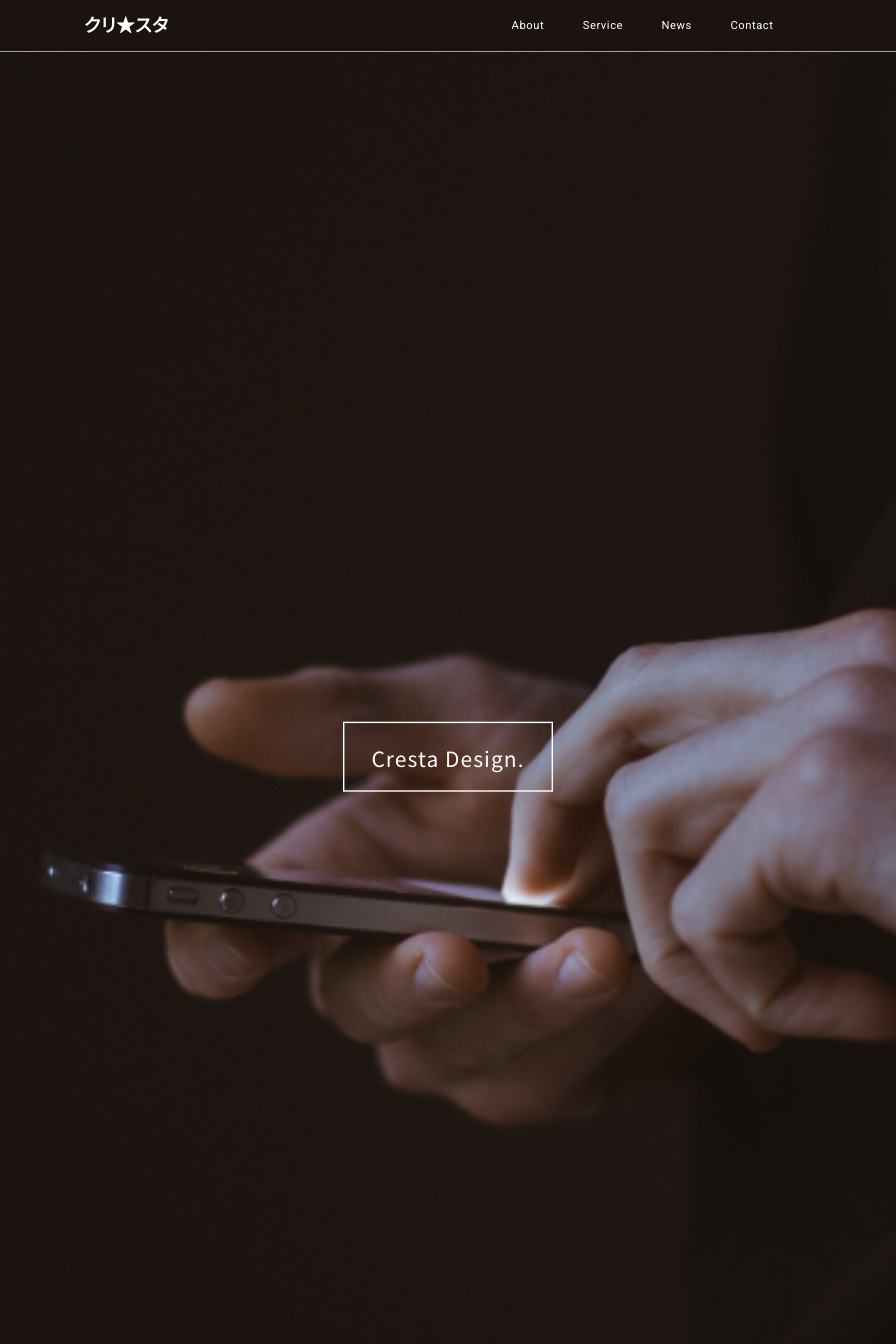
Repository: hatarakimono-kumasan/kurisuta_1st
Page: index.html
An editor plug-in stored every save of this project. The page is shown before and after the next save, followed by the edit.
The browser window is 1280 px wide. The pictures show the part of the page from y = 0 to 1920 px (the page is 5129 px tall), at 70% of full size.
Some web libraries are served in a nearby version. The style sheet was rebuilt from its Sass, Less or Tailwind sources for each picture, by a compiler version that may differ from the author's.

Above is the page before, as saved 2020-05-15 11:00:14.

### index.html
<!DOCTYPE html>
<html lang="en">
	<head>
		<meta charset="UTF-8" />
		<meta name="viewport" content="width=device-width, initial-scale=1.0" />
		<meta http-equiv="X-UA-Compatible" content="ie=edge" />
		<title>Cresta.design</title>
		<meta name="keywords" content="カンマ区切りで10個以内推奨" />
		<meta name="description" content="120文字以内" />
		<meta property="og:title" content="このページのタイトル" />
		<meta property="og:type" content="TOPページはwebsite、子ページはarticle" />
		<meta property="og:url" content="このページのURL" />
		<meta property="og:image" content="1200×630以上推奨、絶対パスで指定" />
		<meta property="og:site_name" content="サイト名" />
		<meta property="og:description" content="80〜90文字推奨" />
		<meta name="twitter:card" content="summary or summary_large_image" />
		<meta name="twitter:site" content="@ユーザー名" />
		<meta name="format-detection" content="telephone=no" />
		<!-- <link rel="shortcut icon" sizes="16x16" href="ファビコン" />
		<link rel="apple-touch-icon" sizes="192x192" href="タッチアイコン" />
		<link rel="shortcut icon" sizes="192x192" href="タッチアイコン" /> -->
		<meta name="last-modified" content="Sun, 29 Dec 2019 20:30:30 GMT" />
		<link
			href="https://use.fontawesome.com/releases/v5.6.1/css/all.css"
			rel="stylesheet"
		/>
		<link rel="stylesheet" href="style.css" />
		<script
			src="https://code.jquery.com/jquery-3.4.1.min.js"
			integrity="sha256-CSXorXvZcTkaix6Yvo6HppcZGetbYMGWSFlBw8HfCJo="
			crossorigin="anonymous"
		></script>
	</head>
	<body>
		<!-- header -->
		<header class="header">
			<h1 class="site-title"><a href="./">クリ★スタ</a></h1>
			<div class="nav-wrapper">
				<nav class="header-nav">
					<ul class="nav-list">
						<li class="nav-item"><a href="#about">About</a></li>
						<li class="nav-item"><a href="#service">Service</a></li>
						<li class="nav-item"><a href="#news">News</a></li>
						<li class="nav-item"><a href="#contact">Contact</a></li>
					</ul>
				</nav>
			</div>
			<button class="burger-btn">
				<span class="bars">
					<span class="bar bar_top"></span>
					<span class="bar bar_mid"></span>
					<span class="bar bar_bottom"></span>
				</span>
			</button>
		</header>
		<!-- //header -->

		<!--first view-->
		<div class="first_view">
			<img src="img/fv-bgi_sp@2x.jpg" alt="サイトイメージ" />
			<p>Cresta Design.</p>
		</div>
		<!--//first view-->

		<main>
			<!--about-->
			<section class="about" id="about">
				<h2>About</h2>
				<h3>
					ミニマルで<br />
					洗練されたデザインを。
				</h3>
				<p>
					近年、ミニマルなデザインが流行しています。そこで弊社では、クライアント企業様新規サービス等の課題に対してミニマルで洗練されたデザインを実現させることで解決のサポートを致します。もちろん全てのサービスにおいてミニマルなデザインが課題解決になるわけではないので、課題や今後のサービスの展開等しっかりとヒアリングを行なった上でご提案させて頂きます。
				</p>
			</section>
			<!--//about-->

			<!--service-->
			<section class="service" id="service">
				<h2>Service</h2>
				<h3>リリース時のサポートで サービスのブランディングを</h3>
				<p>
					弊社では、リリース時もサポートさせて頂きます。プレスリリース用のサイトや動画制作を通して、サービスのブランディングを行わせて頂きます。
				</p>
				<img src="/img/service-image@2x.jpg" alt="サービス" />
				<h3>リリース後のサポートで 効果を最大化させる</h3>
				<p>
					弊社では、リリース後もサポートさせて頂きます。サービスはリリース後に様々な課題にぶつかります。そこでクライアント様と一緒に改善を行うことで、デザインの効果を最大化させます。
				</p>
				<img src="/img/service-image02@2x.jpg" alt="サービス" />
			</section>
			<!--//service-->

			<!--news-->
			<section class="news" id="news">
				<h2>News</h2>
				<div class="news_card_wrapper">
					<div class="news_card">
						<img
							class="card-img"
							src="img/card-image1@2x.jpg"
							alt="newsイメージ"
						/>
						<div class="card-content">
							<p class="card-text">
								新規サイトを公開しました。今回のサイトは白と黒を基調にしたミニマルなデザインになっています。
							</p>
						</div>
						<!--//card-content-->
					</div>
					<!--//news_card-->
					<div class="news_card">
						<img
							class="card-img"
							src="img/card-image2@2x.jpg"
							alt="newsイメージ"
						/>
						<div class="card-content">
							<p class="card-text">
								新規サイトを公開しました。今回のサイトは白と黒を基調にしたミニマルなデザインになっています。
							</p>
						</div>
						<!--//card-content-->
					</div>
					<!--//news_card-->
					<div class="news_card">
						<img
							class="card-img"
							src="img/card-image3@2x.jpg"
							alt="newsイメージ"
						/>
						<div class="card-content">
							<p class="card-text">
								新規サイトを公開しました。今回のサイトは白と黒を基調にしたミニマルなデザインになっています。
							</p>
						</div>
						<!--//card-content-->
					</div>
					<!--//news_card-->
				</div>
				<!--//news_card_wrapper-->
			</section>
			<!--//news-->

			<!--contact-->
			<section class="contact" id="contact">
				<h2>お問い合わせ</h2>
			</section>
			<!--//contact-->
		</main>
		<script src="drawer.js"></script>
	</body>
</html>

### drawer.js
$(".burger-btn").on("click", function () {
	//.btn_triggerをクリックすると
	$(".burger-btn").toggleClass("close"); //.btn_triggerにcloseクラスを付与(ボタンのアニメーション)
	$(".nav-wrapper").fadeToggle(500); //.nav-wrapperが0.5秒でフェードイン(メニューのフェードイン)
	$("body").toggleClass("noscroll"); //bodyにnoscrollクラスを付与(スクロールを固定)
});

if ($(window).width() < 768) {
	//デバイスの幅が768以下のとき
	$(".nav-item>a").on("click", function () {
		//.nav-item>aをクリックすると
		$(".nav-wrapper").fadeOut(500); //.nav-wrapperが0.5秒でフェードアウト(メニューのフェードアウト)
		$(".burger-btn").removeClass("close"); //.btn_triggerのcloseクラスを削除
		$("body").removeClass("noscroll"); //bodyのnoscrollクラスを削除
	});
}

### style.scss
/* ======================================
Foundation
====================================== */

@import "scss/foundation/reset";
@import "scss/foundation/mixin";
@import "scss/foundation/settings";
@import "scss/foundation/base";

/* ======================================
Layout
====================================== */

@import "scss/layout/header";
// @import 'layout/nav';
@import "scss/layout/main";
// @import 'layout/footer';

/* ======================================
Object
====================================== */

/**
Component
----------------------------------- */

// @import 'object/component/';

/**
Project
----------------------------------- */

// @import 'object/project/';

/**
Utility
----------------------------------- */
// @import 'object/utility/';

### scss/foundation/_reset.scss
html,
body,
div,
span,
object,
iframe,
h1,
h2,
h3,
h4,
h5,
h6,
p,
blockquote,
pre,
abbr,
address,
cite,
code,
del,
dfn,
em,
img,
ins,
kbd,
q,
samp,
small,
strong,
sub,
sup,
var,
b,
i,
dl,
dt,
dd,
ol,
ul,
li,
fieldset,
form,
label,
legend,
table,
caption,
tbody,
tfoot,
thead,
tr,
th,
td,
article,
aside,
canvas,
details,
figcaption,
figure,
footer,
header,
hgroup,
menu,
nav,
section,
summary,
time,
mark,
audio,
video {
	margin: 0;
	padding: 0;
	border: 0;
	outline: 0;
	font-size: 100%;
	vertical-align: baseline;
	background: transparent;
}
body {
	line-height: 1;
}
article,
aside,
details,
figcaption,
figure,
footer,
header,
hgroup,
menu,
nav,
section,
main {
	display: block;
}
ol,
ul {
	list-style: none;
}
blockquote,
q {
	quotes: none;
}
blockquote:before,
blockquote:after,
q:before,
q:after {
	content: "";
	content: none;
}
a {
	margin: 0;
	padding: 0;
	font-size: 100%;
	vertical-align: baseline;
	background: transparent;
}
ins {
	background-color: #ff9;
	color: #333;
	text-decoration: none;
}
mark {
	background-color: #ff9;
	color: #333;
	font-style: italic;
	font-weight: bold;
}
del {
	text-decoration: line-through;
}
abbr[title],
dfn[title] {
	border-bottom: 1px dotted;
	cursor: help;
}
table {
	border-collapse: collapse;
	border-spacing: 0;
}
hr {
	display: block;
	height: 1px;
	border: 0;
	border-top: 1px solid #cccccc;
	margin: 1em 0;
	padding: 0;
}
input,
select {
	vertical-align: middle;
}

### scss/foundation/_mixin.scss
/*================================================= mixin (mobile to pc)
=================================================*/
$tab: 768px;
$lap: 1024px;
$pc: 1200px;

@mixin tab {
	@media screen and (min-width: ($tab)) {
		@content;
	}
}

@mixin lap {
	@media screen and (min-width: ($lap)) {
		@content;
	}
}

@mixin pc {
	@media screen and (min-width: ($pc)) {
		@content;
	}
}

/*================================================= トラッキング(letter-spacing)のmixin
=================================================*/
@mixin tracking($tracking) {
	letter-spacing: ($tracking / 1000) + em;
}

// 利用するとき
//   p {
//    @include tracking(16);
//   }

### scss/foundation/_settings.scss
/*
font
------------------------------------------*/
@import url("https://fonts.googleapis.com/css2?family=Roboto:wght@400;700&display=swap");
@import url("https://fonts.googleapis.com/css2?family=Noto+Sans+JP:wght@700&display=swap");
body {
	font-family: Roboto, "Noto Sans JP", 游ゴシック, "Yu Gothic", 游ゴシック体,
		YuGothic, "ヒラギノ角ゴ Pro W3", "Hiragino Kaku Gothic Pro", "Meiryo UI",
		メイリオ, Meiryo, sans-serif;
	font-size: medium;
	letter-spacing: 0.05em;
	word-break: break-all;
}
h1,
h2,
h3,
h4,
h5,
strong {
	font-weight: bold;
}

/*フォントサイズ
https://websemantics.uk/tools/responsive-font-calculator/
-------------------------------------------------*/
html {
	font-size: 62.5%;
}
body {
	font-size: 1.6rem; /* 16px*/
	line-height: 2;
}
h1 {
	font-size: 26px; /* IE8以下とAndroid4.3以下用フォールバック */
	font-size: 2.6rem;
	line-height: calc(24 / 36);
	font-family: Roboto;
}
h2 {
	font-size: 36px; /* IE8以下とAndroid4.3以下用フォールバック */
	font-size: 3.6rem;
	line-height: calc(24 / 36);
	font-family: Roboto;
	text-align: center;
}
h3 {
	font-size: 20px; /* IE8以下とAndroid4.3以下用フォールバック */
	font-size: 2rem;
	line-height: calc(40 / 20);
	font-family: "Noto Sans JP";
}
p {
	font-size: 14px; /* IE8以下とAndroid4.3以下用フォールバック */
	font-size: 1.4rem;
	line-height: calc(30 / 14);
	font-family: "Noto Sans JP";
	@include tracking(50);
}

### scss/foundation/_base.scss
/*
Base
---------------------------------------------- */
html {
	box-sizing: border-box;
	height: 100%;
}
*,
*:before,
*:after {
	box-sizing: inherit;
}
body {
	height: 100%;
	font-feature-settings: "palt";
	color: #0d0d0d;
	background-color: #fafafa;
}
img {
	max-width: 100%;
	height: auto;
	vertical-align: bottom;
}
a {
	color: inherit;
}
input,
textarea {
	font-family: inherit;
	font-size: 100%;
}

### scss/layout/_header.scss
// body {
// 	color: #141414;
// 	font-size: 1.4rem;
// 	line-height: 1.8;
// 	letter-spacing: 0.05em;

// 	font-family: "Roboto", sans-serif, "Noto Sans JP", sans-serif;
// }
.noscroll {
	overflow: hidden;
}
/* img {
	width: 100%;
	vertical-align: bottom;
} */
a {
	text-decoration: none;
	color: #fff;
}
// .section-title {
// 	font-size: 3.6rem;
// 	font-weight: bold;
// 	text-align: center;
// 	letter-spacing: 0.05em;
// 	margin-bottom: 70px;
// }
// h3 {
// 	font-size: 2.4rem;
// 	font-weight: bold;
// 	line-height: 2;
// 	letter-spacing: 0.1em;
// 	margin-bottom: 40px;
// }
// .section-wrapper {
// 	padding: 100px 10% 50px;
// }

/* ------------------ */
/* header */
/* ------------------ */
.header {
	background-color: #1b1310;
	color: #fff;
	height: 74px;
	display: flex;
	justify-content: space-between;
	align-items: center;
	padding: 0 120px;
	border-bottom: 1px solid #fff;
}
.nav-list {
	/* navの横並び */
	display: flex;
}
.nav-item {
	/* メニューの右側に余白 */
	margin-right: 55px;
}
.burger-btn {
	display: none;
}

@media screen and (max-width: 768px) {
	/* ----------------------- */
	/* base_sp
/* ----------------------- */

	// h3 {
	// 	font-size: 2rem;
	// 	margin-bottom: 30px;
	// }
	// .section-wrapper {
	// 	padding: 100px 5% 50px;
	// }
	/* ------------------ */
	/* humberger-menu */
	/* ------------------ */
	.header {
		padding: 0 5%;
	}
	.burger-btn {
		display: block;
		width: 39px;
		height: 39px;
		position: relative;
		z-index: 3;
		/*   codepenの挙動のため */
		background-color: transparent;
		border: none;
	}
	.bar {
		width: 20px;
		height: 1px;
		display: block;
		position: absolute;
		left: 50%;
		transform: translateX(-50%);
		background-color: #fff;
	}
	.bar_top {
		top: 10px;
	}
	.bar_mid {
		top: 50%;
		transform: translate(-50%, -50%);
	}
	.bar_bottom {
		bottom: 10px;
	}
	.burger-btn.close .bar_top {
		transform: translate(-50%, 10px) rotate(45deg);
		transition: transform 0.3s;
	}
	.burger-btn.close .bar_mid {
		opacity: 0;
		transition: opacity 0.3s;
	}
	.burger-btn.close .bar_bottom {
		transform: translate(-50%, -8px) rotate(-45deg);
		transition: transform 0.3s;
	}
	.nav-wrapper {
		display: none;
		width: 100vw;
		height: 100vh;
		position: fixed;
		top: 0;
		left: 0;
		z-index: 2; /*キービジュアルと.btn_triggerとの重なりの前後関係を調整*/
	}
	.header-nav {
		width: 100%;
		height: 100%;
		background-color: #1b1310;
		z-index: 2;
	}
	.header-nav .nav-list {
		display: block;
		position: absolute;
		top: 50%;
		left: 50%;
		transform: translate(-50%, -50%);
		text-align: center;
	}
	.header-nav .nav-item {
		margin-right: 0;
		margin-bottom: 40px;
	}
}

### scss/layout/_main.scss
/*=======================================
first view
=========================================*/
.first_view {
	width: 100%;
	position: relative;

	img {
		min-width: 100%;
	}
	p {
		width: 300px;
		height: 100px;
		border: #fff 2px solid;
		color: #fff;
		position: absolute;
		transform: translateY(-50%);
		font-size: 3rem;
		top: 50%;
		left: 50%;
		text-align: center;
		transform: translate(-50%, -50%);
		line-height: 100px;
	}
}

/*=============================================
all
===============================================*/
main {
	width: calc(100% - 30px);
	margin: auto;
	margin-top: 10rem;
	margin-bottom: 5rem;
}
.about,
.service,
.news,
.contact {
	width: 100%;
	margin-bottom: 15rem;
	h2 {
		margin-bottom: 7.3rem;
	}
	h3 {
		margin-bottom: 3.1rem;
	}
}

/*=============================================
about
===============================================*/

/*=============================================
service
===============================================*/
.service {
	img {
		margin: 4rem 0 5.1rem;
	}
}

/*=============================================
news
===============================================*/
.news {
	.news_card_wrapper {
		.news_card {
			width: 32rem;
			margin-bottom: 5rem;

			.card-content {
				border: 1px solid #707070;
				box-shadow: 0px 0px 7px 2px #707070;

				p {
					margin: 2.6rem 3.4rem;
				}
			}
		}
	}
}

/*=============================================
contact
===============================================*/

After the next save:
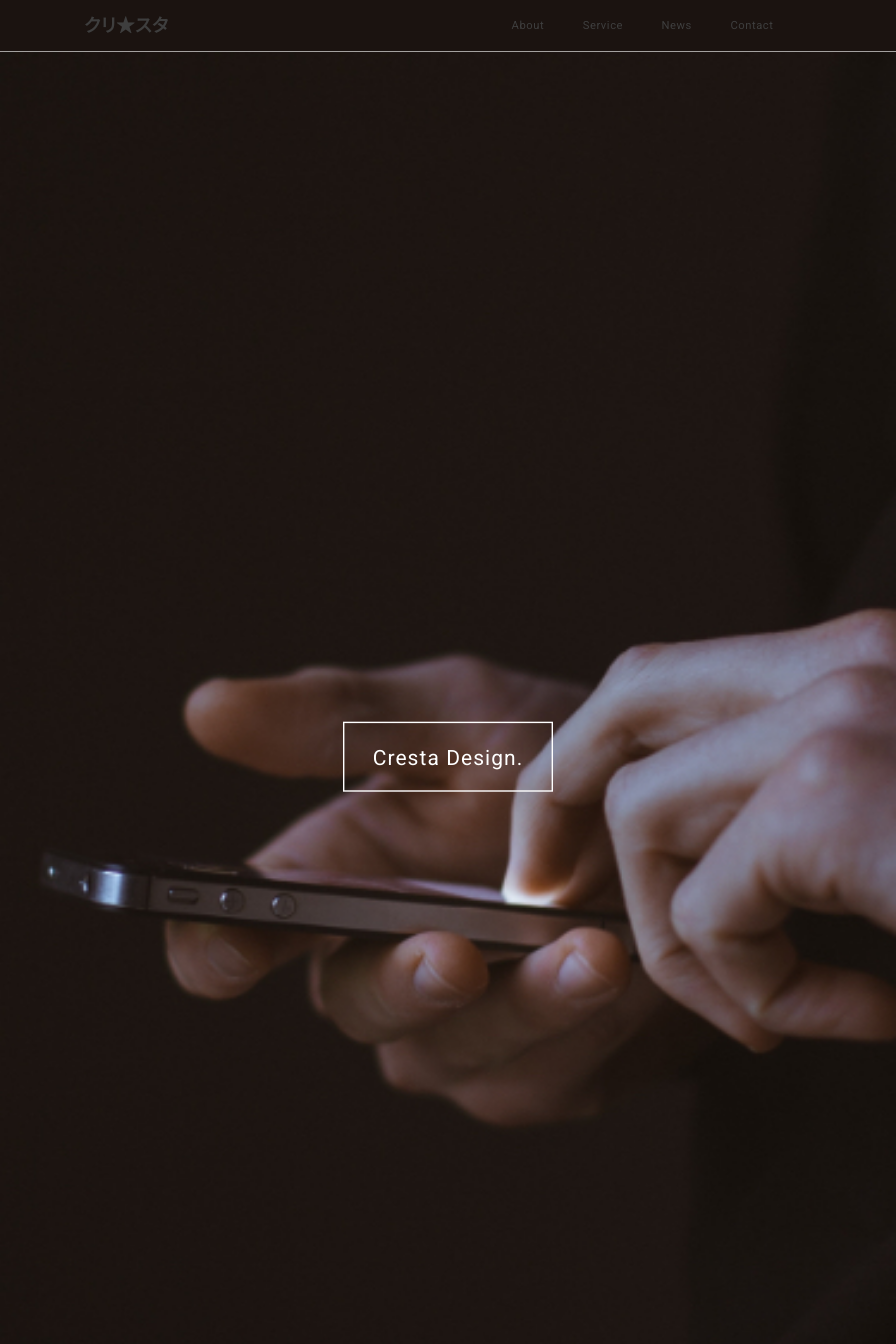
Saved 12 min 37 s later.
--- a/scss/foundation/_settings.scss
+++ b/scss/foundation/_settings.scss
@@ -18,6 +18,18 @@ h4,
 h5,
 strong {
 	font-weight: bold;
+}
+/*和文と英文でfontを分ける
+-----------------------------------------------------------------*/
+/*(和文)*/
+:lang(ja) {
+	font-family: "Noto Sans JP", sans-serif, "Font Awesome 5 Brands";
+	color: #3e3e3e;
+}
+/*（英文）*/
+:lang(en) {
+	font-family: Roboto, sans-serif;
+	color: #3e3e3e;
 }
 
 /*フォントサイズ
@@ -40,19 +52,16 @@ h2 {
 	font-size: 36px; /* IE8以下とAndroid4.3以下用フォールバック */
 	font-size: 3.6rem;
 	line-height: calc(24 / 36);
-	font-family: Roboto;
 	text-align: center;
 }
 h3 {
 	font-size: 20px; /* IE8以下とAndroid4.3以下用フォールバック */
 	font-size: 2rem;
 	line-height: calc(40 / 20);
-	font-family: "Noto Sans JP";
 }
 p {
 	font-size: 14px; /* IE8以下とAndroid4.3以下用フォールバック */
 	font-size: 1.4rem;
 	line-height: calc(30 / 14);
-	font-family: "Noto Sans JP";
 	@include tracking(50);
 }
